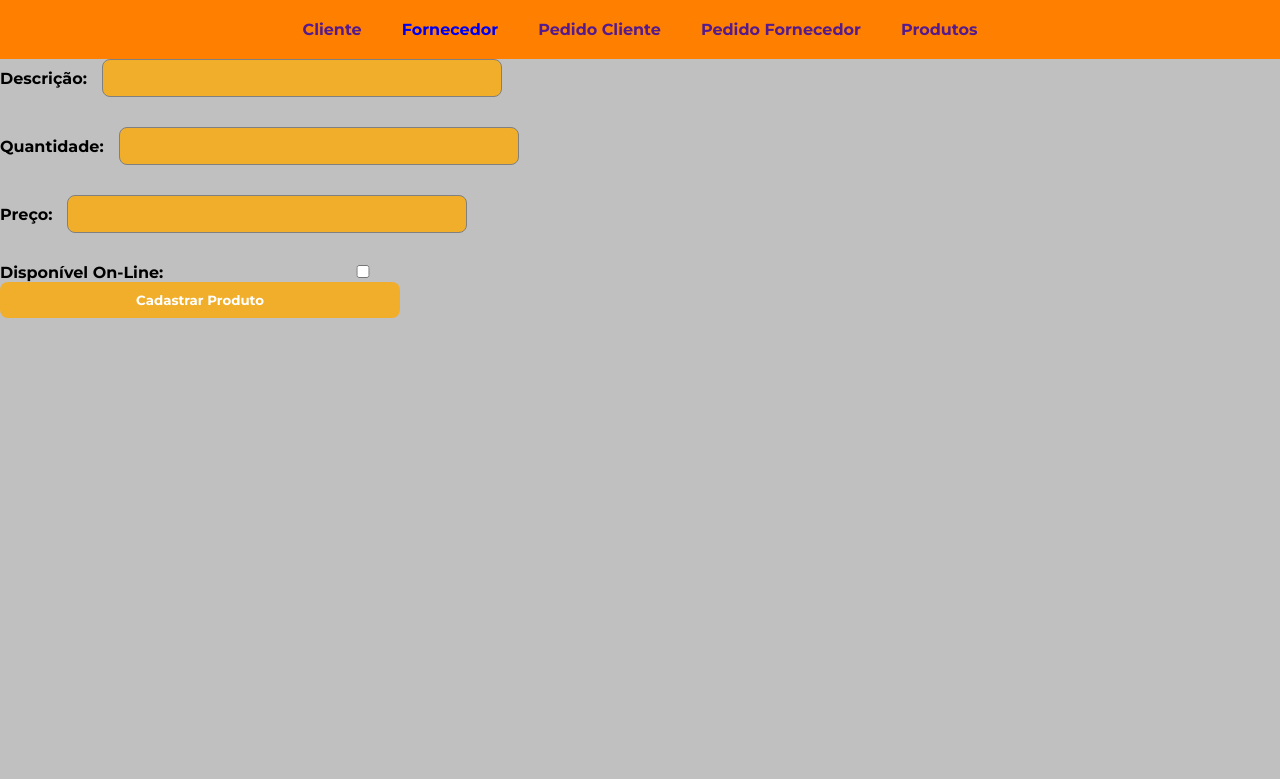
Repository: walterdmp/JavaWeb_BartoBotinas
Page: http://localhost/BartoBotinas/cadastrarFornecedor.jsp
The author's editor kept a copy of each file at every save. The page is drawn from the files as they stood at one save, then again after the next save.
The browser window is 1280 px wide. The pictures show the whole page.
The page is served by Tomcat 9.

Above is the page before, as saved 2024-07-30 18:04:00.

After the next save:
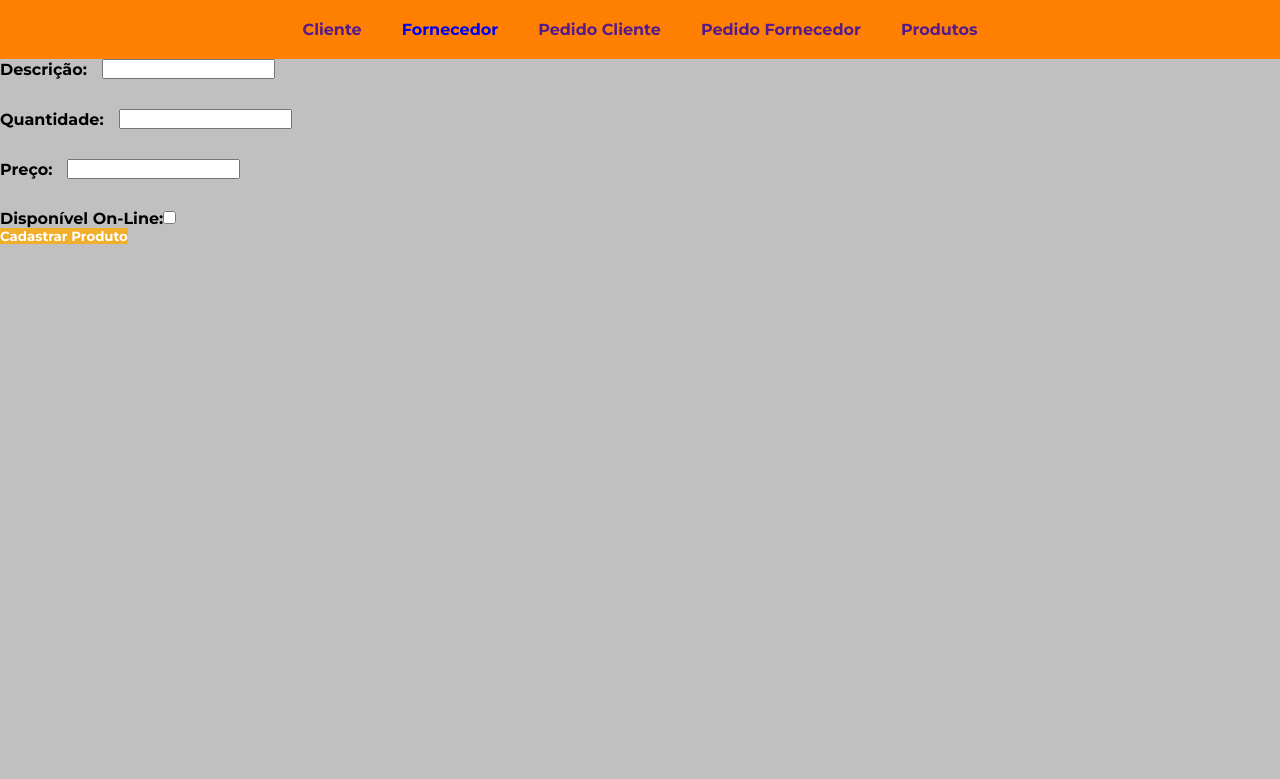
Saved 47 s later.
--- a/BartoBotinas/WebContent/css/estilo.css
+++ b/BartoBotinas/WebContent/css/estilo.css
@@ -51,13 +51,13 @@
 	align-self: center;
 }
 
-.bananaForm input {
+.bartoForm input {
 	border-radius: 8px;
 	border: 1px solid gray;
 	width: 80px;
 	padding: 10px;
 	width: 400px;
-	background-color: #F1AE2B;
+	background-color: #c0c0c0;
 }
 
 .bananaForm div {
